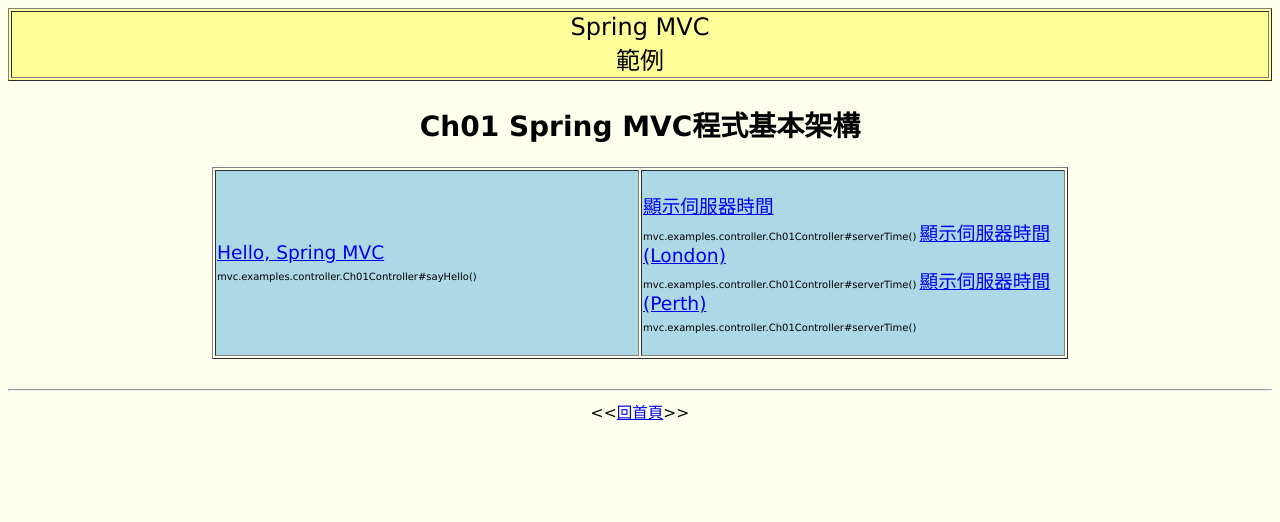
Repository: z1997828/Hibernata-SpringLearning
Page: http://localhost/SpringMvcExample22/WEB-INF/views/ch01/index.jsp
These files come from the project's save history. The page is drawn as it stood at one moment and after the next save; the edit follows.
The browser window is 1280 px wide. The pictures show the whole page.
The page is served by Tomcat 9. Nobody is signed in. Other server files are loaded and not shown. The template is opened directly, without the code that normally fills it, so the values that code supplies are empty.

Above is the page before, as saved 2023-12-29 06:56:39.

### SpringMvcExample22/src/main/webapp/WEB-INF/views/ch01/index.jsp
<%@ page contentType="text/html; charset=UTF-8" %>
<%@ taglib uri="http://java.sun.com/jsp/jstl/core" prefix='c' %>
<!DOCTYPE HTML>
<html>
<head>
<link rel='stylesheet' href="<c:url value='/css/styles.css' />"  type='text/css' />
<title>動態網頁</title>
</head>
<body BGCOLOR="white">
<c:import url="../commons/header.jsp" />
<h2 align="center">Ch01 Spring MVC程式基本架構</h2>
<div align="center">

<table border="1">
  <tr height="52" bgcolor="lightblue" align="center">
    <td  width="420"><p align="left"/>
      <a href="sayHello">Hello, Spring MVC</a><BR>
           <font face="verdana" size="-2"> mvc.examples.controller.Ch01Controller#sayHello() </font>
    </td>
    <td  width="420"><p align="left"/>
      <a href="serverTime">顯示伺服器時間</a><BR>
           <font face="verdana" size="-2"> mvc.examples.controller.Ch01Controller#serverTime() </font>
      <a href="serverTime?timeZone=Europe/London">顯示伺服器時間(London)</a><BR>
           <font face="verdana" size="-2"> mvc.examples.controller.Ch01Controller#serverTime() </font>
      <a href="serverTime?timeZone=Australia/Perth">顯示伺服器時間(Perth)</a><BR>
           <font face="verdana" size="-2"> mvc.examples.controller.Ch01Controller#serverTime() </font>
    </td>
  </tr>
</table>
<br>
<hr>
<small>&lt;&lt;<a href="<c:url value='/' />">回首頁</a>&gt;&gt;</small>
</div>
</body>
</html>

### SpringMvcExample22/src/main/webapp/WEB-INF/views/commons/header.jsp
<%@ page contentType="text/html; charset=UTF-8" session="false" %>
<div align='center'>
<table border='1' style="background-color: #FFFF99; width:100%; table-layout: fixed; overflow-wrap: break-word; height: 50px">
<tr>

<td align="center" >
<font face="Verdana" SIZE="+2">
Spring MVC
</font><br>
<font face="標楷體" Size="+2">範例</font><br>
<font face="標楷體" Size="-1">${systemConstant.type}</font>
</td>
</tr>
</table>
</div>

### SpringMvcExample22/src/main/webapp/WEB-INF/views/css/styles.css
body {
  background-color: #FFFFEE;
  font-family: verdana;
  font-size: 14pt;
}

.servlet {
  background-color: #ECFAFD;
  font-family: verdana;
  font-size: 16pt;
}

td {
  font-family: verdana;
  font-size: 14pt;
}

legend {
	font-weight: bold;
	color: black;
	background-color: white;
	border: 1px solid #cccccc;
	padding: 4px 2px;
}

fieldset {
	font-weight: bold;
	color: black;
	background-color: #ffffcc;
	border: 1px solid #cccccc;
	padding: 4px 2px;
}

After the next save:
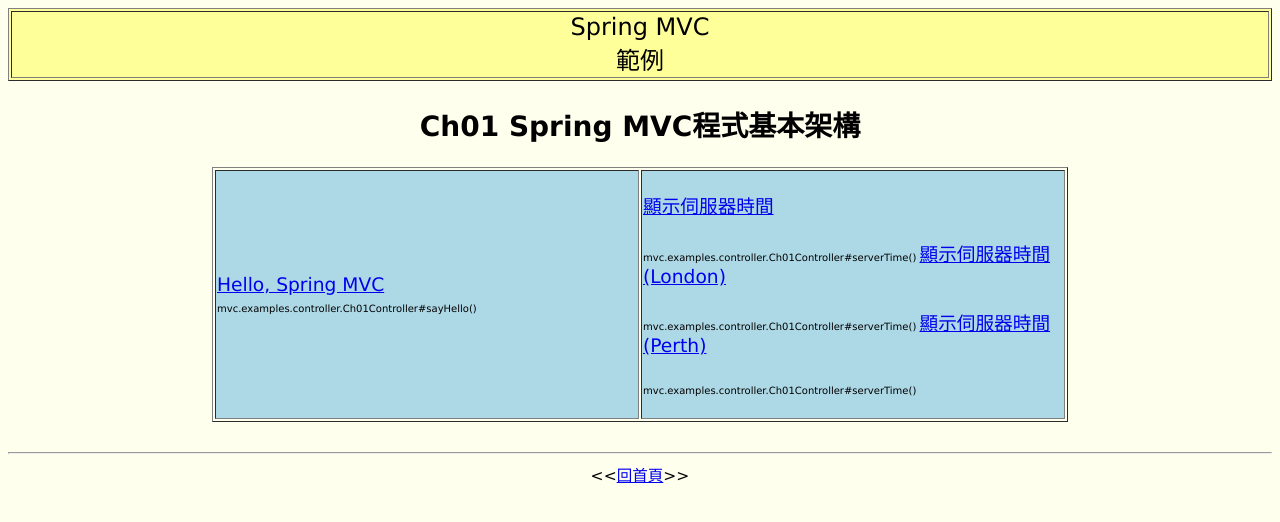
Saved 62 s later.
--- a/SpringMvcExample22/src/main/webapp/WEB-INF/views/ch01/index.jsp
+++ b/SpringMvcExample22/src/main/webapp/WEB-INF/views/ch01/index.jsp
@@ -18,12 +18,12 @@
            <font face="verdana" size="-2"> mvc.examples.controller.Ch01Controller#sayHello() </font>
     </td>
     <td  width="420"><p align="left"/>
-      <a href="serverTime">顯示伺服器時間</a><BR>
-           <font face="verdana" size="-2"> mvc.examples.controller.Ch01Controller#serverTime() </font>
+      <a href="serverTime">顯示伺服器時間</a><br>
+          <br> <font face="verdana" size="-2"> mvc.examples.controller.Ch01Controller#serverTime() </font>
       <a href="serverTime?timeZone=Europe/London">顯示伺服器時間(London)</a><BR>
-           <font face="verdana" size="-2"> mvc.examples.controller.Ch01Controller#serverTime() </font>
+         <br>  <font face="verdana" size="-2"> mvc.examples.controller.Ch01Controller#serverTime() </font>
       <a href="serverTime?timeZone=Australia/Perth">顯示伺服器時間(Perth)</a><BR>
-           <font face="verdana" size="-2"> mvc.examples.controller.Ch01Controller#serverTime() </font>
+         <br>  <font face="verdana" size="-2"> mvc.examples.controller.Ch01Controller#serverTime() </font>
     </td>
   </tr>
 </table>
